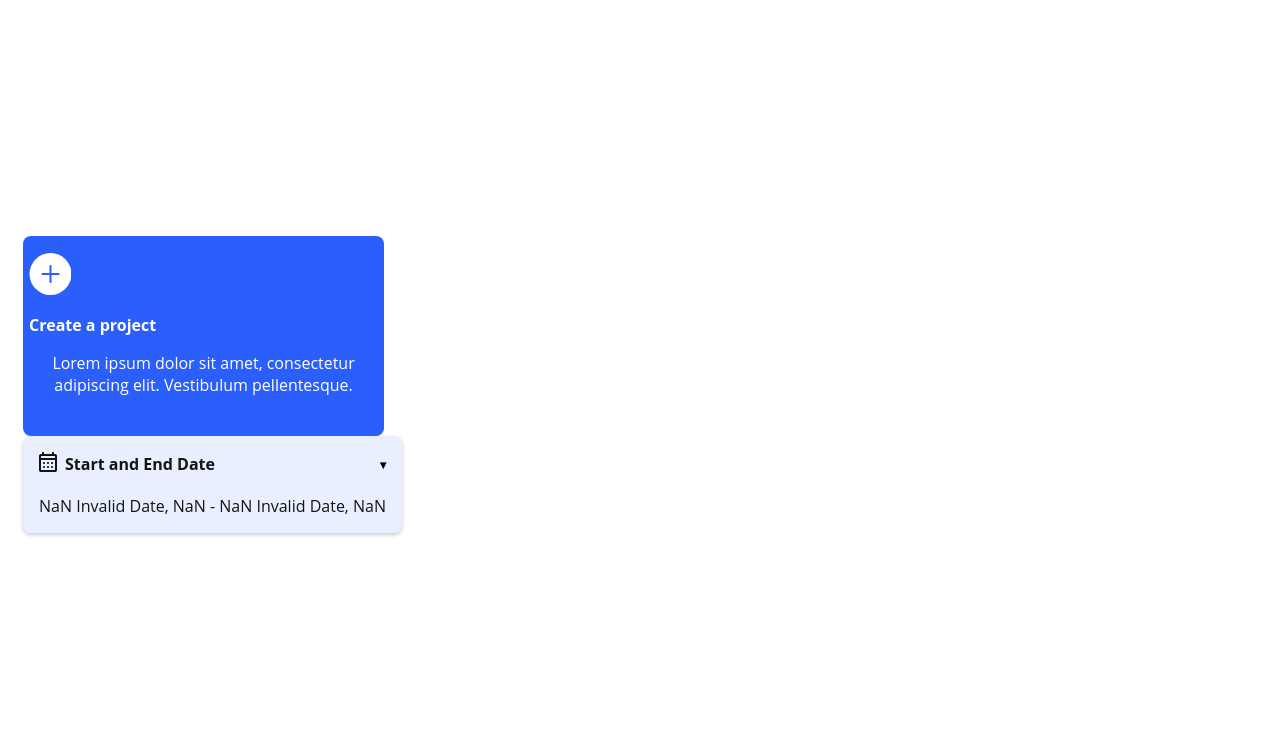
Repository: brunaguarizo/mosaic_app
Page: /
These files come from the project's save history. The page is drawn as it stood at one moment and after the next save; the edit follows.
The browser window is 1280 px wide. The pictures show the whole page.
The project was rebuilt for these pictures with package versions that can differ from the ones it lists, and the page was loaded fresh each time. The framework's server and built-in components were replaced by stand-ins that run in the browser. Also part of the build but not shown: next.config.mjs, app/_ui/navbar/navbar.js, app/_ui/Button/Button.js, app/_ui/Tag/Tag.js, app/_ui/Project_card/Project_card.js, app/_ui/Date_PopUp/Date_PopUp.module.css, app/_ui/Date_PopUp/Date_PopUp.js.

Above is the page before, as saved 2025-04-18 18:45:33.

### app/page.js
import Navbar from "@/app/_ui/navbar/navbar";
import ProjectCard from "./_ui/Project_card/Project_card";
import Button from "./_ui/Button/Button";
import DatePicker from "./_ui/Date_PopUp/Date_PopUp";
import DateCard from "./_ui/Date_Card/Date_Card";
import CreateProject from "./_ui/Create_Project_Button/Create_Project_Button";

export default function Home() {
    return (
        <div>
            <CreateProject />

            <DateCard />
        </div>
    );
}

### app/globals.css
/* ------------------------------------------------------ GENERAL STYLES ------------------------------------------------------ */
*,
*::before,
*::after {
    box-sizing: inherit;
}

html,
body {
    padding: 0;
    margin: 0;
    font-family: var(--font-family);
    box-sizing: border-box;
}

html {
    display: flex;
    justify-content: center;
    align-items: center;
    width: 393px;
    height: 100%;
    margin: var(--space-regular);
}

.container {
}

.two-column {
    display: grid;
    grid-template-columns: 1fr 1fr;
    gap: var(--space-large);
}

/* ------------------------------------------------------ VARIABLES ------------------------------------------------------ */
:root {
    /* ----- COLORS ----- */
    --blue-primary: rgb(43, 95, 252);
    --blue-50: rgb(234, 239, 255);
    --blue-900: rgb(18, 40, 106);
    --white: #ffffff;
    --black: rgb(20, 20, 20);
    --grey-400: rgb(67, 67, 67);
    --yellow-secondary: rgb(255, 218, 1);
    --orange-secondary: rgb(255, 94, 9);
    --green-secondary: rgb(0, 193, 79);
    --purple-secondary: rgb(154, 65, 255);

    /* ----- TYPE ----- */
    --font-family: "Open Sans", sans-serif;

    --header-xxlarge-size: 88px;
    --title-section-font-size: 30px;
    --button-font-size: 24px;
    --body-text-font-size: 20px;
    --menu-font-size: 16px;
    --label-font-size: 12px;

    --font-style-normal: normal;
    --font-weight-bold: bold;

    --line-height-xxlarge: 100px;
    --line-height-large: 36px;
    --line-height-medium: 28px;
    --line-height-small: 20px;

    /* ----- SPACING ----- */
    --space-small: 8px;
    --space-regular: 16px;
    --space-medium: 32px;
    --space-large: 48px;
    --space-extra-large: 140px;
}

### app/_ui/Date_Card/Date_Card.js
"use client";

import { useState } from "react";
import styles from "./Date_Card.module.css";
import DatePicker from "../Date_PopUp/Date_PopUp";

export default function DateCard({ startDate, endDate }) {
    const [showPicker, setShowPicker] = useState(false);

    const formatDate = (date) => {
        const d = new Date(date);
        const day = d.getDate().toString().padStart(2, "0");
        const month = d.toLocaleString("en-US", { month: "short" });
        const year = d.getFullYear();
        return `${day} ${month}, ${year}`;
    };

    return (
        <>
            <div className={styles.card}>
                <div className={styles.header}>
                    <span className={styles.icon}>
                        <svg
                            width='18'
                            height='20'
                            viewBox='0 0 18 20'
                            fill='none'
                            xmlns='http://www.w3.org/2000/svg'>
                            <path
                                d='M2 20C1.45 20 0.979167 19.8042 0.5875 19.4125C0.195833 19.0208 0 18.55 0 18V4C0 3.45 0.195833 2.97917 0.5875 2.5875C0.979167 2.19583 1.45 2 2 2H3V1C3 0.716667 3.09583 0.479167 3.2875 0.2875C3.47917 0.0958333 3.71667 0 4 0C4.28333 0 4.52083 0.0958333 4.7125 0.2875C4.90417 0.479167 5 0.716667 5 1V2H13V1C13 0.716667 13.0958 0.479167 13.2875 0.2875C13.4792 0.0958333 13.7167 0 14 0C14.2833 0 14.5208 0.0958333 14.7125 0.2875C14.9042 0.479167 15 0.716667 15 1V2H16C16.55 2 17.0208 2.19583 17.4125 2.5875C17.8042 2.97917 18 3.45 18 4V18C18 18.55 17.8042 19.0208 17.4125 19.4125C17.0208 19.8042 16.55 20 16 20H2ZM2 18H16V8H2V18ZM2 6H16V4H2V6ZM9 12C8.71667 12 8.47917 11.9042 8.2875 11.7125C8.09583 11.5208 8 11.2833 8 11C8 10.7167 8.09583 10.4792 8.2875 10.2875C8.47917 10.0958 8.71667 10 9 10C9.28333 10 9.52083 10.0958 9.7125 10.2875C9.90417 10.4792 10 10.7167 10 11C10 11.2833 9.90417 11.5208 9.7125 11.7125C9.52083 11.9042 9.28333 12 9 12ZM5 12C4.71667 12 4.47917 11.9042 4.2875 11.7125C4.09583 11.5208 4 11.2833 4 11C4 10.7167 4.09583 10.4792 4.2875 10.2875C4.47917 10.0958 4.71667 10 5 10C5.28333 10 5.52083 10.0958 5.7125 10.2875C5.90417 10.4792 6 10.7167 6 11C6 11.2833 5.90417 11.5208 5.7125 11.7125C5.52083 11.9042 5.28333 12 5 12ZM13 12C12.7167 12 12.4792 11.9042 12.2875 11.7125C12.0958 11.5208 12 11.2833 12 11C12 10.7167 12.0958 10.4792 12.2875 10.2875C12.4792 10.0958 12.7167 10 13 10C13.2833 10 13.5208 10.0958 13.7125 10.2875C13.9042 10.4792 14 10.7167 14 11C14 11.2833 13.9042 11.5208 13.7125 11.7125C13.5208 11.9042 13.2833 12 13 12ZM9 16C8.71667 16 8.47917 15.9042 8.2875 15.7125C8.09583 15.5208 8 15.2833 8 15C8 14.7167 8.09583 14.4792 8.2875 14.2875C8.47917 14.0958 8.71667 14 9 14C9.28333 14 9.52083 14.0958 9.7125 14.2875C9.90417 14.4792 10 14.7167 10 15C10 15.2833 9.90417 15.5208 9.7125 15.7125C9.52083 15.9042 9.28333 16 9 16ZM5 16C4.71667 16 4.47917 15.9042 4.2875 15.7125C4.09583 15.5208 4 15.2833 4 15C4 14.7167 4.09583 14.4792 4.2875 14.2875C4.47917 14.0958 4.71667 14 5 14C5.28333 14 5.52083 14.0958 5.7125 14.2875C5.90417 14.4792 6 14.7167 6 15C6 15.2833 5.90417 15.5208 5.7125 15.7125C5.52083 15.9042 5.28333 16 5 16ZM13 16C12.7167 16 12.4792 15.9042 12.2875 15.7125C12.0958 15.5208 12 15.2833 12 15C12 14.7167 12.0958 14.4792 12.2875 14.2875C12.4792 14.0958 12.7167 14 13 14C13.2833 14 13.5208 14.0958 13.7125 14.2875C13.9042 14.4792 14 14.7167 14 15C14 15.2833 13.9042 15.5208 13.7125 15.7125C13.5208 15.9042 13.2833 16 13 16Z'
                                fill='#141414'
                            />
                        </svg>
                    </span>
                    <span className={styles.label}>Start and End Date</span>
                    <span
                        className={styles.arrow}
                        onClick={() => setShowPicker(true)}>
                        ▾
                    </span>
                </div>
                <div className={styles.dateRange}>
                    {formatDate(startDate)} - {formatDate(endDate)}
                </div>
            </div>

            {showPicker && <DatePicker />}
        </>
    );
}

### app/_ui/Create_Project_Button/Create_Project_Button.js
import styles from "./Create_Project_Button.module.css";

function CreateProject() {
    return (
        <button className={styles.button_background}>
            <div>
                <svg
                    className={styles.button_icon}
                    // width='42'
                    // height='42'
                    // viewBox='0 0 42 42'
                    fill='none'
                    xmlns='http://www.w3.org/2000/svg'>
                    <rect
                        x='0.5'
                        width='42'
                        height='42'
                        rx='21'
                        fill='white'
                    />
                    <path
                        d='M21.5 30C21.2167 30 20.9792 29.9042 20.7875 29.7125C20.5958 29.5208 20.5 29.2833 20.5 29V22H13.5C13.2167 22 12.9792 21.9042 12.7875 21.7125C12.5958 21.5208 12.5 21.2833 12.5 21C12.5 20.7167 12.5958 20.4792 12.7875 20.2875C12.9792 20.0958 13.2167 20 13.5 20H20.5V13C20.5 12.7167 20.5958 12.4792 20.7875 12.2875C20.9792 12.0958 21.2167 12 21.5 12C21.7833 12 22.0208 12.0958 22.2125 12.2875C22.4042 12.4792 22.5 12.7167 22.5 13V20H29.5C29.7833 20 30.0208 20.0958 30.2125 20.2875C30.4042 20.4792 30.5 20.7167 30.5 21C30.5 21.2833 30.4042 21.5208 30.2125 21.7125C30.0208 21.9042 29.7833 22 29.5 22H22.5V29C22.5 29.2833 22.4042 29.5208 22.2125 29.7125C22.0208 29.9042 21.7833 30 21.5 30Z'
                        fill='#2B5FFC'
                    />
                </svg>
            </div>

            <h2 className={styles.button_heading}>Create a project</h2>
            <p className={styles.button_description}>
                {" "}
                Lorem ipsum dolor sit amet, consectetur adipiscing elit.
                Vestibulum pellentesque.
            </p>
        </button>
    );
}

export default CreateProject;

### app/_ui/navbar/navbar.module.css

.nav {
    width: 393px;
    height: 72px;
    justify-content: center;
    align-items: center;
    display: flex;
    flex-direction: row;
    padding: 0;
    margin: 0;
    gap: var(--space-large);
    border-top: 1px solid var(--grey-50);
}

.navbar__item {
    display: flex;
    flex-direction: column;
    justify-content: center;
    align-items: center;
    gap: 4px;
    text-decoration: none;
    width: 60px;
    height: 44px;
    padding-left: 32px;
    padding-right: 32px;
    margin: 0;
}

.navbar__icon {
    max-width: 16px;
    padding: 0;
    margin: 0;
    fill: var(--black);
}

.navbar__text {
    color: var(--black);
    font-size: var(--label-font-size);
    font-weight: var(--font-weight-400);
    line-height: var(--line-height-small);
    text-decoration: none;
    padding: 0;
    margin: 0;
}

.navbar__item:hover .navbar__text,
.navbar__item:hover .navbar__icon,
.navbar__item:active .navbar__text,
.navbar__item:active .navbar__icon {
  color: var(--blue-primary);
  fill: var(--blue-primary);
}

/* ------------------------------------------------------ VARIABLES ------------------------------------------------------ */
:root {
    /* ----- COLORS ----- */
    --blue-primary: rgb(43,95,252);
    --blue-50: rgb(234, 239, 255);
    --blue-900: rgb(18, 40, 106);
    --white: #FFFFFF;
    --grey-50: #E8E8E8;
    --black: rgb(20, 20, 20);
    --grey-400: rgb(67, 67, 67);
    --yellow-secondary: rgb(255, 218, 1);
    --orange-secondary: rgb(255, 94, 9);
    --green-secondary: rgb(0, 193, 79);
    --purple-secondary: rgb(154, 65, 255);

    /* ----- TYPE ----- */
    --font-family: "Open Sans", sans-serif;

    --header-xxlarge-size: 88px;
    --title-section-font-size: 30px;
    --button-font-size: 24px;
    --body-text-font-size: 20px;
    --menu-font-size: 16px;
    --label-font-size: 12px;

    --font-style-normal: normal;
    --font-weight-bold: bold;

    --line-height-xxlarge: 100px;
    --line-height-large: 36px;
    --line-height-medium: 28px;
    --line-height-small: 20px;

    /* ----- SPACING ----- */
    --space-small: 8px;
    --space-regular: 16px;
    --space-medium: 32px;
    --space-large: 48px;
    --space-extra-large: 88px;
  }

### app/_ui/Project_card/Project_card.module.css
.card__container {
    display: flex;
    flex-direction: column;
    justify-content: center;
    align-items: center;
    background-color: var(--blue-50);
    border-radius: var(--space-small);
    padding: var(--space-regular);
    gap: var(--space-regular);
}

.card__menu {
    width: 100%;
    display: flex;
    justify-content: flex-end;
    padding: 0;
    margin: 0;
}

.card__icon {
    fill: var(--blue-primary);
    padding: 0;
    margin: 0;

    &:hover {
        fill: var(--blue-900);
    }
}

.card__title {
    font-family: var(--font-family);
    font-size: var(--font-size-regular);
    font-weight: var(--font-weight-bold);
    color: var(--black);
    padding: 0;
    margin: 0;
}

.card__text {
    font-family: var(--font-family);
    font-size: var(--font-size-small);
    font-weight: var(--font-weight-regular);
    color: var(--black);
    text-align: center;
    padding: 0;
    margin: 0;
    max-width: 220px;
}

.date {
    display: flex;
    align-items: center;
    gap: var(--space-small);
    padding: 0;
    margin: 0;
}

.date__icon {
    fill: var(--black);
    padding: 0;
    margin: 0;
}

/* ------------------------------------------------------ VARIABLES ------------------------------------------------------ */
:root {
    /* ----- COLORS ----- */
    --blue-primary: rgb(43, 95, 252);
    --blue-50: rgb(234, 239, 255);
    --blue-100: #bdcdfe;
    --blue-900: rgb(18, 40, 106);
    --white: #ffffff;
    --black: rgb(20, 20, 20);
    --grey-400: rgb(67, 67, 67);
    --yellow-secondary: rgb(255, 218, 1);
    --orange-secondary: rgb(255, 94, 9);
    --green-secondary: rgb(0, 193, 79);
    --purple-secondary: rgb(154, 65, 255);

    /* ----- TYPE ----- */
    --font-family: "Open Sans", sans-serif;

    --font-size-extra-large: 30px;
    --font-size-large: 24px;
    --font-size-medium: 20px;
    --font-size-regular: 16px;
    --font-size-small: 12px;

    --font-style-normal: normal;
    --font-weight-bold: bold;

    --line-height-xxlarge: 100px;
    --line-height-large: 36px;
    --line-height-medium: 28px;
    --line-height-small: 20px;

    /* ----- SPACING ----- */
    --space-small: 8px;
    --space-regular: 16px;
    --space-medium: 32px;
    --space-large: 48px;
    --space-extra-large: 140px;
}

### app/_ui/Button/Button.module.css
.button {
    font-family: var(--font-family);
    font-size: var(--font-size-regular);
    font-weight: var(--font-weight-bold);
    width: 100%;
    padding-top: var(--space-small);
    padding-left: var(--space-regular);
    padding-right: var(--space-regular);
    padding-bottom: var(--space-small);
    border-radius: 100px;
    align-items: center;
    border: none;

    &:hover {
        background-color: var(--blue-900);
        color: var(--white);
    }
}

.primary {
    background: var(--blue-primary);
    color: var(--white);
}

.secondary {
    background-color: var(--white);
    border: 1px solid var(--blue-primary);
    color: var(--blue-primary);
}

.disabled {
    pointer-events: none;
    color: var(--white);
    background-color: var(--blue-100);
}

.small {
    font-size: var(--font-size-small);
    padding: var(--space-small);
    align-items: center;
}

.large {
    font-size: var(--font-size-large);
    padding: var(--space-regular);
}

.error {
    background-color: var(--orange-secondary);
}

/* ------------------------------------------------------ VARIABLES ------------------------------------------------------ */
:root {
    /* ----- COLORS ----- */
    --blue-primary: rgb(43, 95, 252);
    --blue-50: rgb(234, 239, 255);
    --blue-100: #bdcdfe;
    --blue-900: rgb(18, 40, 106);
    --white: #ffffff;
    --black: rgb(20, 20, 20);
    --grey-400: rgb(67, 67, 67);
    --yellow-secondary: rgb(255, 218, 1);
    --orange-secondary: rgb(255, 94, 9);
    --green-secondary: rgb(0, 193, 79);
    --purple-secondary: rgb(154, 65, 255);

    /* ----- TYPE ----- */
    --font-family: "Open Sans", sans-serif;

    --font-size-extra-large: 30px;
    --font-size-large: 24px;
    --font-size-medium: 20px;
    --font-size-regular: 16px;
    --font-size-small: 12px;

    --font-style-normal: normal;
    --font-weight-bold: bold;

    --line-height-xxlarge: 100px;
    --line-height-large: 36px;
    --line-height-medium: 28px;
    --line-height-small: 20px;

    /* ----- SPACING ----- */
    --space-small: 8px;
    --space-regular: 16px;
    --space-medium: 32px;
    --space-large: 48px;
    --space-extra-large: 140px;
}

### app/_ui/Date_Card/Date_Card.module.css
.card {
    background-color: var(--blue-50);
    border-radius: var(--space-small);
    padding: var(--space-regular);
    gap: var(--space-regular);
    box-shadow: 0 2px 4px rgba(0, 0, 0, 0.2);
    font-family: var(--font-family);
    cursor: pointer;
    display: flex;
    flex-direction: column;
    width: fit-content;
}

.header {
    display: flex;
    align-items: center;
    gap: var(--space-small);
    font-size: var(--font-size-regular);
    font-weight: var(--font-weight-bold);
    color: var(--black);
}

.label {
    flex-grow: 1;
}

.arrow {
    font-size: var(--font-size-small);
    color: black;
}

.arrow:hover {
    font-size: var(--font-size-small);
    color: var(--blue-primary);
}

.dateRange {
    margin-top: 2px;
    font-size: var(--font-size-regular);
    color: var(--black);
}

/* ------------------------------------------------------ VARIABLES ------------------------------------------------------ */
:root {
    /* ----- COLORS ----- */
    --blue-primary: rgb(43, 95, 252);
    --blue-50: rgb(234, 239, 255);
    --blue-100: #bdcdfe;
    --blue-900: rgb(18, 40, 106);
    --white: #ffffff;
    --black: rgb(20, 20, 20);
    --grey-400: rgb(67, 67, 67);
    --yellow-secondary: rgb(255, 218, 1);
    --orange-secondary: rgb(255, 94, 9);
    --green-secondary: rgb(0, 193, 79);
    --purple-secondary: rgb(154, 65, 255);

    /* ----- TYPE ----- */
    --font-family: "Open Sans", sans-serif;

    --font-size-extra-large: 30px;
    --font-size-large: 24px;
    --font-size-medium: 20px;
    --font-size-regular: 16px;
    --font-size-small: 12px;

    --font-style-normal: normal;
    --font-weight-bold: bold;

    --line-height-xxlarge: 100px;
    --line-height-large: 36px;
    --line-height-medium: 28px;
    --line-height-small: 20px;

    /* ----- SPACING ----- */
    --space-small: 8px;
    --space-regular: 16px;
    --space-medium: 32px;
    --space-large: 48px;
    --space-extra-large: 140px;
}

### app/_ui/Create_Project_Button/Create_Project_Button.module.css
.button_background {
    background-color: var(--blue-primary);
    border-radius: var(--space-small);
    border: none;
    width: 361px;
    height: 200px;
    display: flex;
    flex-direction: column;
    margin-top: var(--space-regular);
}

.button_icon {
    width: 42px;
    height: 42px;
    align-self: center;
    box-sizing: content-box;
    margin-top: var(--space-regular);
}

.button_heading {
    text-align: center;
    font-family: "Open Sans", sans-serif;
    font-size: var(--menu-font-size);
    font-weight: var(--font-weight-bold);
    color: white;
    padding: 0px;
    border: 0px;
    margin-top: var(--space-regular);
    margin-bottom: 0px;
}

.button_description {
    font-family: "Open Sans", sans-serif;
    font-size: var(--menu-font-size);
    font-style: var(--font-weight-normal);
    color: white;
    border: 0px;
    padding: 0px;
    margin-top: var(--space-regular);
    margin-bottom: 0px;
}
/* ------------------------------------------------------ VARIABLES ------------------------------------------------------ */
:root {
    /* ----- COLORS ----- */
    --blue-primary: rgb(43, 95, 252);
    --blue-50: rgb(234, 239, 255);
    --blue-900: rgb(18, 40, 106);
    --white: #ffffff;
    --grey-50: #e8e8e8;
    --black: rgb(20, 20, 20);
    --grey-400: rgb(67, 67, 67);
    --yellow-secondary: rgb(255, 218, 1);
    --orange-secondary: rgb(255, 94, 9);
    --green-secondary: rgb(0, 193, 79);
    --purple-secondary: rgb(154, 65, 255);

    /* ----- TYPE ----- */
    --font-family: "Open Sans", sans-serif;

    --header-xxlarge-size: 88px;
    --title-section-font-size: 30px;
    --button-font-size: 24px;
    --body-text-font-size: 20px;
    --menu-font-size: 16px;
    --label-font-size: 12px;

    --font-style-normal: normal;
    --font-weight-bold: bold;

    --line-height-xxlarge: 100px;
    --line-height-large: 36px;
    --line-height-medium: 28px;
    --line-height-small: 20px;

    /* ----- SPACING ----- */
    --space-small: 8px;
    --space-regular: 16px;
    --space-medium: 32px;
    --space-large: 48px;
    --space-extra-large: 140px;
}

### app/_ui/Tag/Tag.module.css
.tag {
    font-family: var(--font-family);
    font-size: var(--font-size-small);
    font-weight: var(--font-weight-regular);
    width: 80px;
    padding: var(--space-extra-small);
    border-radius: 100px;
    border: none;
    background-color: var(--orange-secondary);

    display: flex;
    justify-content: center;
    align-items: center;
    text-align: center;
}

/* ------------------------------------------------------ VARIABLES ------------------------------------------------------ */
:root {
    /* ----- COLORS ----- */
    --blue-primary: rgb(43, 95, 252);
    --blue-50: rgb(234, 239, 255);
    --blue-100: #bdcdfe;
    --blue-900: rgb(18, 40, 106);
    --white: #ffffff;
    --black: rgb(20, 20, 20);
    --grey-400: rgb(67, 67, 67);
    --yellow-secondary: rgb(255, 218, 1);
    --orange-secondary: rgb(255, 94, 9);
    --green-secondary: rgb(0, 193, 79);
    --purple-secondary: rgb(154, 65, 255);

    /* ----- TYPE ----- */
    --font-family: "Open Sans", sans-serif;

    --font-size-extra-large: 30px;
    --font-size-large: 24px;
    --font-size-medium: 20px;
    --font-size-regular: 16px;
    --font-size-small: 12px;

    --font-style-normal: normal;
    --font-weight-bold: bold;

    --line-height-xxlarge: 100px;
    --line-height-large: 36px;
    --line-height-medium: 28px;
    --line-height-small: 20px;

    /* ----- SPACING ----- */
    --space-extra-small: 4px;
    --space-small: 8px;
    --space-regular: 16px;
    --space-medium: 32px;
    --space-large: 48px;
    --space-extra-large: 140px;
}

### app/_ui/Description_Box/Description_Box.js
import classNames from "classnames";
import styles from "./Description_Box.module.css";

function DescriptionBox({ title, description, useCase }) {
    const DescriptionClasses = classNames(styles.project_primary, {
        [styles.conditions]: useCase === "conditions",
        [styles.project_secondary]: useCase === "secondary",
    });

    return (
        <div className={DescriptionClasses}>
            <h1 className={styles.description_heading}>{title}</h1>
            <p className={styles.description_body}>{description}</p>
        </div>
    );
}

export default DescriptionBox;

### app/_ui/Description_Box/Description_Box.module.css
.project_primary {
    display: flex;
    flex-direction: column;
    border-radius: 8px;
    text-align: left;
    padding: 16px;
    text-align: left;
    margin-top: var(--space-regular);
    box-shadow: 0px 4px 4px rgba(0, 0, 0, 0.25);
}
.project_secondary {
    display: flex;
    flex-direction: column;
    border-radius: 8px;
    text-align: left;
    padding: 16px;
    text-align: left;
    margin-top: var(--space-regular);
    background-color: var(--blue-50);
    box-shadow: 0px 4px 4px rgba(0, 0, 0, 0.25);
}
.description_heading {
    text-align: left;
    font-family: "Open Sans", sans-serif;
    font-size: var(--menu-font-size);
    font-weight: var(--font-weight-bold);
    color: var(--black);
    padding: 0px;
    border: 0px;
    box-sizing: content-box;
    margin-top: var(--space-regular);
    margin-bottom: 0px;
}
.description_body {
    font-family: "Open Sans", sans-serif;
    font-size: var(--menu-font-size);
    font-style: var(--font-weight-normal);
    color: var(--black);
    margin-top: var(--space-regular);
    margin-bottom: 0px;
}

.conditions {
    display: flex;
    flex-direction: column;
    border-radius: 8px;
    align-items: center;
    padding: 16px;
    text-align: center;
    background-color: var(--blue-50);
    margin-top: var(--space-regular);
}

/* ------------------------------------------------------ VARIABLES ------------------------------------------------------ */
:root {
    /* ----- COLORS ----- */
    --blue-primary: rgb(43, 95, 252);
    --blue-50: rgb(234, 239, 255);
    --blue-900: rgb(18, 40, 106);
    --white: #ffffff;
    --grey-50: #e8e8e8;
    --black: rgb(20, 20, 20);
    --grey-400: rgb(67, 67, 67);
    --yellow-secondary: rgb(255, 218, 1);
    --orange-secondary: rgb(255, 94, 9);
    --green-secondary: rgb(0, 193, 79);
    --purple-secondary: rgb(154, 65, 255);

    /* ----- TYPE ----- */
    --font-family: "Open Sans", sans-serif;

    --header-xxlarge-size: 88px;
    --title-section-font-size: 30px;
    --button-font-size: 24px;
    --body-text-font-size: 20px;
    --menu-font-size: 16px;
    --label-font-size: 12px;

    --font-style-normal: normal;
    --font-weight-bold: bold;

    --line-height-xxlarge: 100px;
    --line-height-large: 36px;
    --line-height-medium: 28px;
    --line-height-small: 20px;

    /* ----- SPACING ----- */
    --space-small: 8px;
    --space-regular: 16px;
    --space-medium: 32px;
    --space-large: 48px;
    --space-extra-large: 140px;
}

Loaded but not shown: app/layout.js (common file)

After the next save:
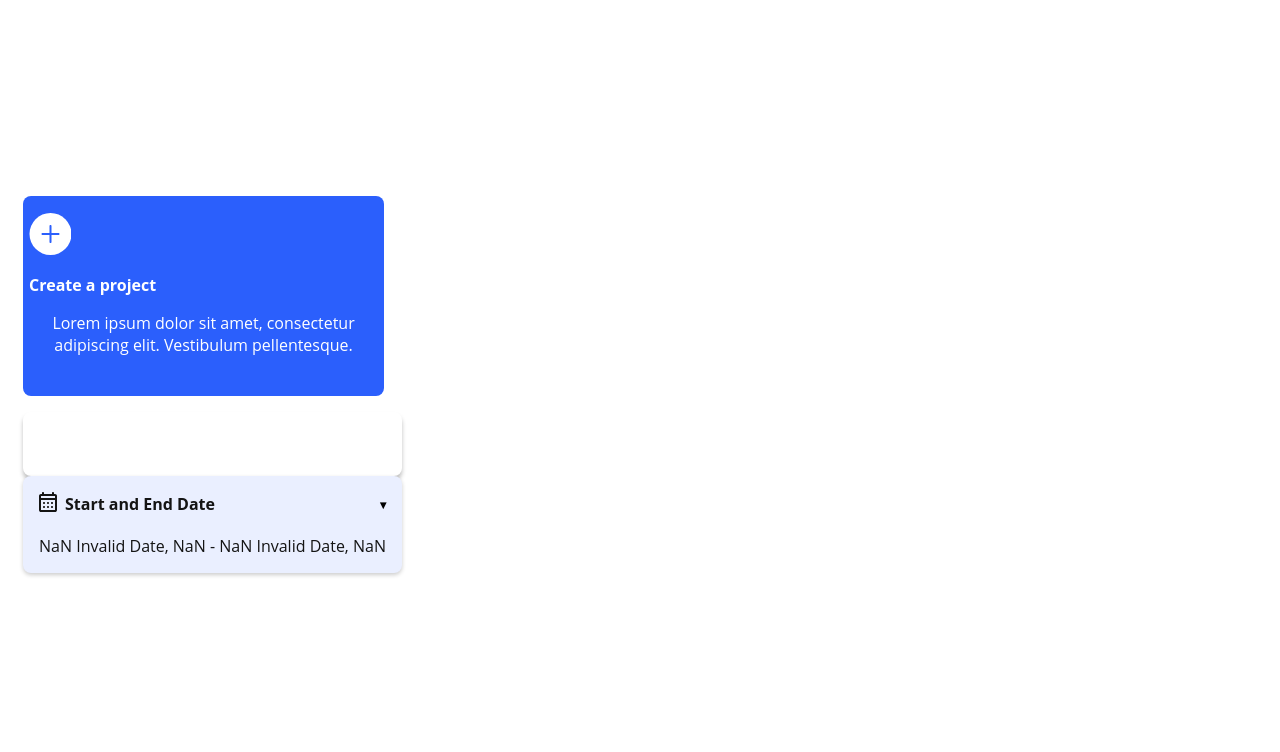
Saved 29 s later.
--- a/app/page.js
+++ b/app/page.js
@@ -4,12 +4,13 @@ import Button from "./_ui/Button/Button";
 import DatePicker from "./_ui/Date_PopUp/Date_PopUp";
 import DateCard from "./_ui/Date_Card/Date_Card";
 import CreateProject from "./_ui/Create_Project_Button/Create_Project_Button";
+import DescriptionBox from "./_ui/Description_Box/Description_Box";
 
 export default function Home() {
     return (
         <div>
             <CreateProject />
-
+            <DescriptionBox />
             <DateCard />
         </div>
     );
